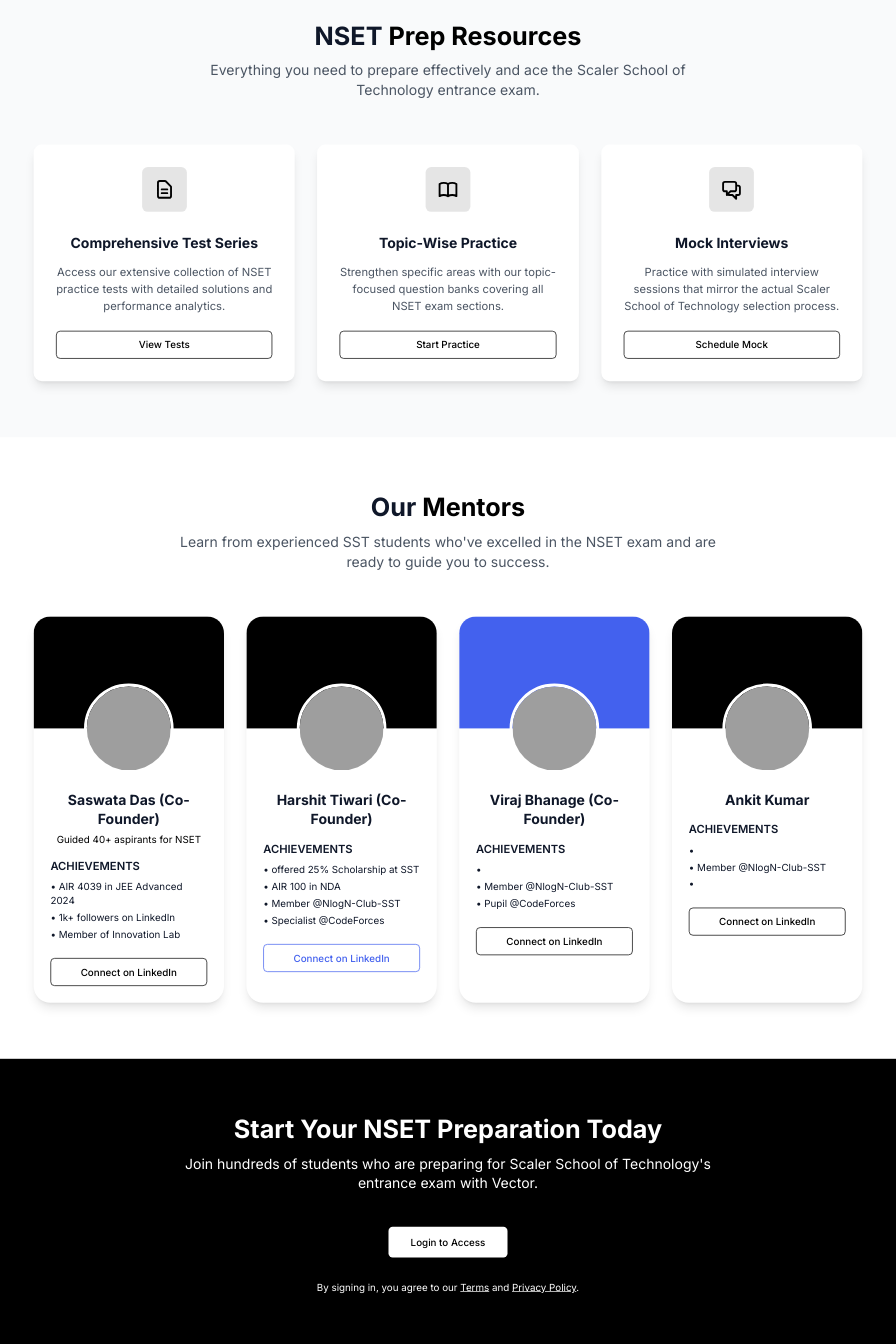
Repository: techSaswata/Nebula
Page: /
The author's editor kept a copy of each file at every save. The page is drawn from the files as they stood at one save, then again after the next save.
The browser window is 1280 px wide. The pictures show the part of the page from y = 621 to 2541 px (the page is 2838 px tall), at 70% of full size.
Pictures or frames that could not be fetched are drawn as grey boxes. The page's requests for data from a server got no answer. The project was rebuilt for these pictures with package versions that can differ from the ones it lists, and the page was loaded fresh each time. The framework's server and built-in components were replaced by stand-ins that run in the browser. No one was signed in, and anything a server would have sent is missing. Also part of the build but not shown: next.config.js, next.config.ts, src/components/ui/dropdown-menu.tsx.

Above is the page before, as saved 2025-03-25 18:22:58.

After the next save:
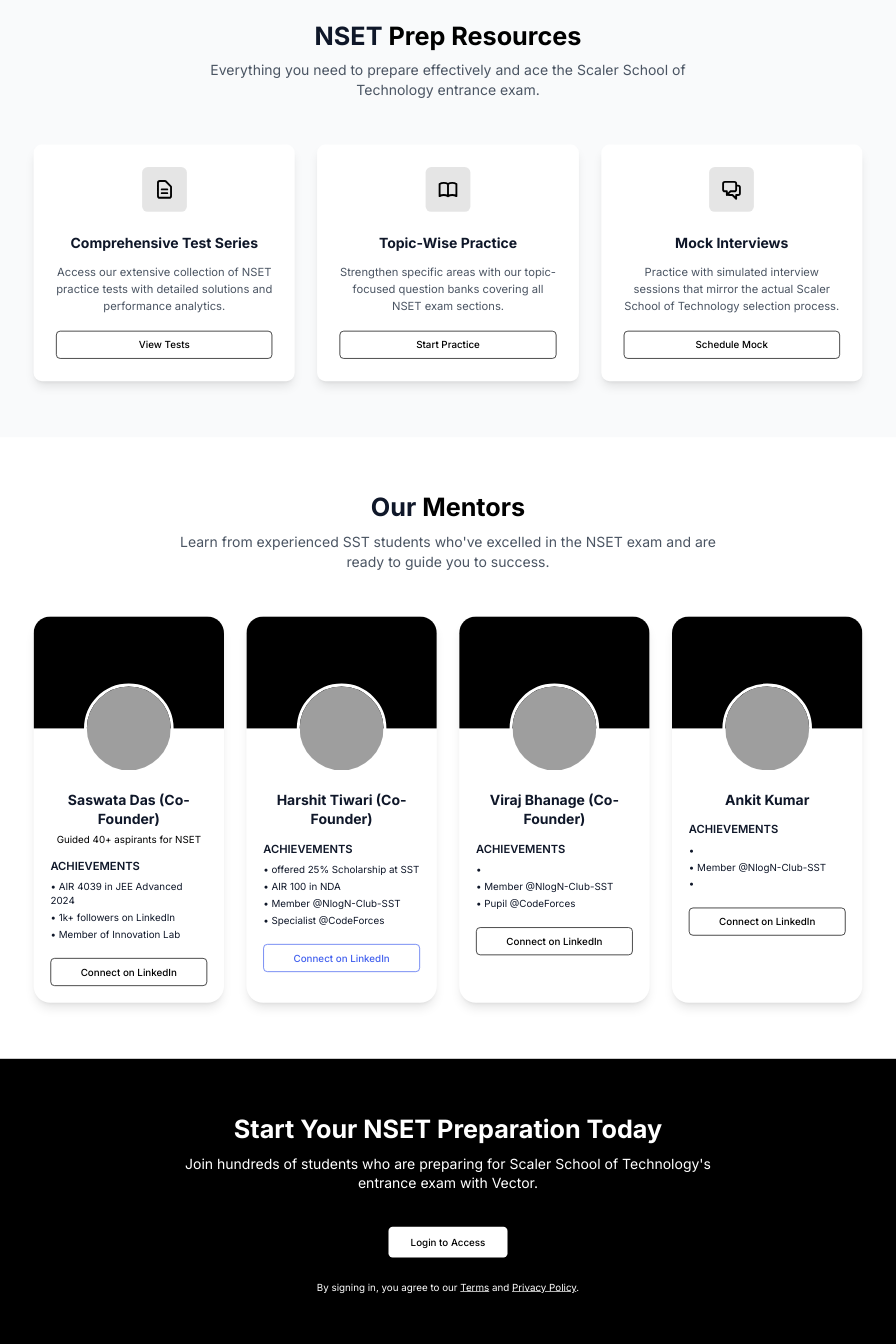
Saved 44 s later.
--- a/src/app/page.tsx
+++ b/src/app/page.tsx
@@ -182,7 +182,7 @@
             </div>
 
             <div className="bg-white rounded-3xl shadow-lg overflow-hidden">
-              <div className="h-40 bg-[#4361EE]"></div>
+              <div className="h-40 bg-[#000000]"></div>
               <div className="p-6 relative">
                 <div className="absolute -top-16 left-1/2 -translate-x-1/2">
                   <img
